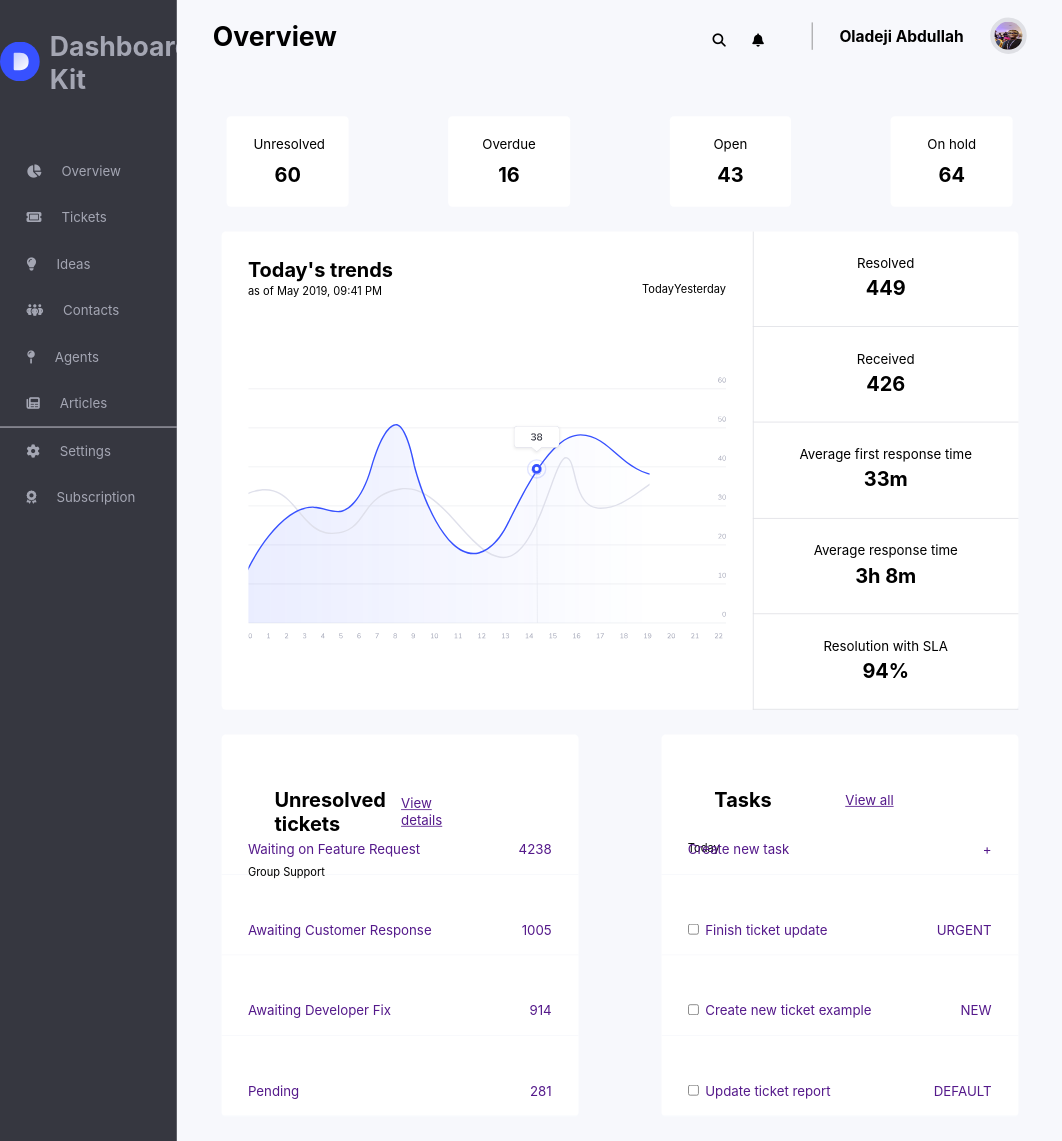
Repository: BuduCE/dashboard
Page: /
The author's editor kept a copy of each file at every save. The page is drawn from the files as they stood at one save, then again after a run of saves.
The browser window is 1280 px wide. The pictures show the whole page, at 83% of full size.
Some web libraries are served in a nearby version. The project was rebuilt for these pictures with package versions that can differ from the ones it lists, and the page was loaded fresh each time. Also part of the build but not shown: src/pages/Tickets/index.jsx.

Above is the page before, as saved 2022-08-06 00:07:55.

### public/index.html
<!DOCTYPE html>
<html lang="en">
  <head>
    <meta charset="utf-8" />
    <link rel="icon" href="%PUBLIC_URL%/favicon.ico" />
    <meta name="viewport" content="width=device-width, initial-scale=1" />
    <meta name="theme-color" content="#000000" />
    <meta
      name="description"
      content="Web site created using create-react-app"
    />
    <link rel="apple-touch-icon" href="%PUBLIC_URL%/logo192.png" />
    <!--
      manifest.json provides metadata used when your web app is installed on a
      user's mobile device or desktop. See https://developers.google.com/web/fundamentals/web-app-manifest/
    -->
    <link rel="manifest" href="%PUBLIC_URL%/manifest.json" />
    <!--
      Notice the use of %PUBLIC_URL% in the tags above.
      It will be replaced with the URL of the `public` folder during the build.
      Only files inside the `public` folder can be referenced from the HTML.

      Unlike "/favicon.ico" or "favicon.ico", "%PUBLIC_URL%/favicon.ico" will
      work correctly both with client-side routing and a non-root public URL.
      Learn how to configure a non-root public URL by running `npm run build`.
    -->

    <!-- Font-Awesome  -->
    <link
      rel="stylesheet" href="https://cdnjs.cloudflare.com/ajax/libs/font-awesome/6.1.1/css/all.min.css" integrity="sha512-KfkfwYDsLkIlwQp6LFnl8zNdLGxu9YAA1QvwINks4PhcElQSvqcyVLLD9aMhXd13uQjoXtEKNosOWaZqXgel0g==" crossorigin="anonymous" referrerpolicy="no-referrer"
    />
    <title>Admin Dashboard</title>
  </head>
  <body>
    <noscript>You need to enable JavaScript to run this app.</noscript>
    <div id="root"></div>
    <!--
      This HTML file is a template.
      If you open it directly in the browser, you will see an empty page.

      You can add webfonts, meta tags, or analytics to this file.
      The build step will place the bundled scripts into the <body> tag.

      To begin the development, run `npm start` or `yarn start`.
      To create a production bundle, use `npm run build` or `yarn build`.
    -->
  </body>
</html>

### src/index.css
* {
  margin: 0;
  padding: 0;
  box-sizing: border-box;
}
body {
  margin: 0;
  font-family: -apple-system, BlinkMacSystemFont, 'Segoe UI', 'Roboto', 'Oxygen',
    'Ubuntu', 'Cantarell', 'Fira Sans', 'Droid Sans', 'Helvetica Neue',
    sans-serif;
  -webkit-font-smoothing: antialiased;
  -moz-osx-font-smoothing: grayscale;
  background: rgba(54, 55, 64, 1);
}

code {
  font-family: source-code-pro, Menlo, Monaco, Consolas, 'Courier New',
    monospace;
}

### src/App.js
import './App.css';
// import Overview from './pages/Overview';
// import Header from './components/common/Header';
import Sidenav from './components/common/SideNav';
// import Login from './pages/Login';

function App() {
  return (
    <div className="App">
      <Sidenav />
      {/* <Login /> */}
    </div>
  );
}

export default App;

### src/components/common/SideNav/index.jsx
import React from 'react'
import Overview from '../../../pages/Overview'
import Tickets from '../../../pages/Tickets'
import Header from '../Header'
import Logo from '../Logo'
import './styles.css'

const Sidenav = () => {
  return (
    <div className='dashboard'>
        <div className="navbar">
            <div className="logo">
                <Logo />
                <h1>Dashboard Kit</h1>
            </div>
            <div className="heading">
                <i className='fas fa-chart-pie'></i>
                <p>Overview</p>
            </div>
            <div className="heading">
                <i className='fas fa-ticket'></i>
                <p>Tickets</p>
            </div>
            <div className="heading">
                <i className='fas fa-lightbulb'></i>
                <p>Ideas</p>
            </div>
            <div className="heading">
                <i className='fas fa-people-group'></i>
                <p>Contacts</p>
            </div>
            <div className="heading">
                <i className='fas fa-map-pin'></i>
                <p>Agents</p>
            </div>
            <div className="heading divider">
                <i className='fas fa-newspaper'></i>
                <p>Articles</p>
            </div>
            <div className="heading">
                <i className='fas fa-gear'></i>
                <p>Settings</p>
            </div>
            <div className="heading">
                <i className='fas fa-award'></i>
                <p>Subscription</p>
            </div>

        </div>
        <div className="info">
            {/* <Header /> */}
            <Overview />
            {/* <Tickets /> */}
        </div>
    </div>
  )
}

export default Sidenav

### src/pages/Overview/index.jsx
import React from 'react'
import './styles.css'
import TrendMap from './graph.svg'
import Header from '../../components/common/Header'

const Overview = () => {
  return (
    <>
        <Header />
        <div className='overview_pg'>
            {/* Specific status */}
            <div className="overview_stat">
                <div className="overview_info">
                    <p>Unresolved</p>
                    <h2>60</h2>
                </div>
                <div className="overview_info">
                    <p>Overdue</p>
                    <h2>16</h2>
                </div>
                <div className="overview_info">
                    <p>Open</p>
                    <h2>43</h2>
                </div>
                <div className="overview_info">
                    <p>On hold</p>
                    <h2>64</h2>
                </div>
            </div>

            {/* Today's trend */}
            <div className="trends">
                <div className="trends_head">
                    <div className="trends_headT">
                        <div className="trend_title">
                            <h2>Today's trends</h2>
                        </div>
                        <div className="trend_title_stat">
                            <div className="trend_date">
                                <small>as of May 2019, 09:41 PM</small>
                            </div>
                            <div className="trend_day">
                                <small>Today</small>
                                <small>Yesterday</small>
                            </div>
                        </div>
                    </div>

                    <div className="trends_headB">
                        <img src={TrendMap} alt="Trend Chart" />
                    </div>
                </div>

                <div className="trends_summary">
                    <div className="summary_type">
                        <p>Resolved</p>
                        <h2>449</h2>
                    </div>
                    <div className="summary_type">
                        <p>Received</p>
                        <h2>426</h2>
                    </div>
                    <div className="summary_type">
                        <p>Average first response time</p>
                        <h2>33m</h2>
                    </div>
                    <div className="summary_type">
                        <p>Average response time</p>
                        <h2>3h 8m</h2>
                    </div>
                    <div className="summary_type">
                        <p>Resolution with SLA</p>
                        <h2>94%</h2>
                    </div>
                </div>
            </div>

            <div className="ticket_n_task">
                <div className="ticket">
                    <div className="ticket_head">
                        <div className="ticket_title">
                            <h2>Unresolved tickets</h2>
                            <a href="">View details</a>
                        </div>
                        <small>Group Support</small>
                    </div>
                    <div className="ticket_list">
                        <a href="">
                            <p>Waiting on Feature Request</p>
                            <p>4238</p>
                        </a>
                        <a href="">
                            <p>Awaiting Customer Response</p>
                            <p>1005</p>
                        </a>
                        <a href="">
                            <p>Awaiting Developer Fix</p>
                            <p>914</p>
                        </a>
                        <a href="">
                            <p>Pending</p>
                            <p>281</p>
                        </a>
                    </div>
                </div>

                <div className="task">
                    <div className="ticket_head">
                        <div className="ticket_title">
                            <h2>Tasks</h2>
                            <a href="">View all</a>
                        </div>
                        <small>Today</small>
                    </div>

                    <div className="ticket_list">
                        <a href="">
                            <p>Create new task</p>
                            <p>+</p>
                        </a>
                        <a href="">
                            <div className='task_todo'>
                                <input type="checkbox" name="" id="" />
                                <label htmlFor="">Finish ticket update</label>
                            </div>

                            <p>URGENT</p>
                        </a>
                        <a href="">
                            <div className='task_todo'>
                                <input type="checkbox" name="" id="" />
                                <label htmlFor="">Create new ticket example</label>
                            </div>

                            <p>NEW</p>
                        </a>
                        <a href="">
                            <div className='task_todo'>
                                <input type="checkbox" name="" id="check" />
                                <label htmlFor="">Update ticket report</label>
                            </div>

                            <p>DEFAULT</p>
                        </a>
                    </div>
                </div>
            </div>
        </div>
    </>
  )
}

export default Overview

### src/components/common/Header/index.jsx
import React from 'react'
import './styles.css'
import budu from './budu.jpg'

const Header = () => {
  return (
    <div className='head_er'>
        <div className="headerL">
            <h1>Overview</h1>
        </div>
        <div className="headerR">
            <i className='fas fa-magnifying-glass icon'></i>
            <i className='fas fa-bell icon bell'></i>
            <h3>Oladeji Abdullah</h3>
            <img src={budu} alt="" />
        </div>
    </div>
  )
}

export default Header

### src/components/common/Logo/index.jsx
import React from 'react'
import companyLogo from './logo.svg'

const Logo = () => {
  return (
    <div>
        <img src={companyLogo} alt="" />
    </div>
  )
}

export default Logo

### src/components/common/SideNav/styles.css
.dashboard{
    display: grid;
    grid-template-columns: 1fr 5fr;
}
.navbar{
    padding: 37px 0;
    color: #A4A6B3;
}
.logo{
    display: flex;
    /* padding: 0 20px; */
    padding-bottom: 63px;
    padding-top: 0;
    align-items: center;
}
.logo h1{
    margin-left: 12px;
    width: 8.5rem;
}
.heading{
    width: 100%;
    display: flex;
    padding: 18px 32px;
    align-items: center;
}
.heading p{
    margin-left: 24px;
}
.heading:hover{
    border-left: 1px solid #DDE2FF;
    color: #DDE2FF;
}
.info{
    background: #F7F8FC;
    /* height: 100vh; */
}
.divider{
    border-bottom: 1px solid #DFE0EB;
}

### src/pages/Overview/styles.css
.overview_pg{
    margin-top: 54px;
}
.overview_stat{
    display: grid;
    grid-template-columns: 1fr 1fr 1fr 1fr;
    /* justify-content: space-evenly; */
    width: 100%;
}
.overview_info{
    display: flex;
    flex-direction: column;
    text-align: center;
    /* border: 1px solid; */
    border-radius: 5px;
    padding: 24px 32px;
    background: #fff;
    box-shadow: 15px;
    width: 55%;
    margin: auto;
}
.overview_info:hover{
    color: blue;
    border: 1px blue solid;
}
.overview_info p{
    padding-bottom: 12px;
}

/* trend  */
.trends{
    width: 90%;
    background: #fff;
    margin: auto;
    border-radius: 5px;
    height: 80vh;
    margin-top: 30px;
    display: grid;
    grid-template-columns: 2fr 1fr;
    margin-top: 30px;
}
.trends_head{
    padding: 32px;
}
.trend_title_stat{
    display: flex;
    justify-content: space-between;
}
.trend_day{
    display: flex;
    justify-content: space-evenly;
}
.trends_headB img{
    width: 100%;
    margin-top: 54px;
    height: 55vh;
}

/* summary  */
.trends_summary{
    display: grid;
    grid-template-rows: 1fr 1fr 1fr 1fr 1fr;
}
.summary_type{
    padding: 28px;
    border-left: 1px solid #dfe0e5;
    border-bottom: 1px solid #dfe0e5;
    text-align: center;
}
.summary_type p{
    margin-bottom: 6px;
}

/* Tickets */
.ticket_n_task{
    display: grid;
    grid-template-columns: 1fr 1fr;
    width: 90%;
    margin: auto;
    margin-top: 30px;
    margin-bottom: 30px;
}
.ticket{
    margin-right: 50px;
}
.task{
    margin-left: 50px;
}
.ticket,.task{
    border-radius: 5px;
    background: #fff;
}
.ticket_head{
    padding: 32px;
    margin-bottom: 8px;
    width: 80%;
    height: 10vh;
}
.ticket_title{
    display: flex;
    justify-content: space-between;
    align-items: center;
}
.ticket_list a{
    text-decoration: none;
    display: flex;
    justify-content: space-between;
    align-items: center;
    padding: 20px 32px;
    border-bottom: 1px solid #F7F8FC;
    margin-top: 36px;
    align-items: center;
}
.task_todo{
    align-items: center;
}
.task_todo label{
    margin-left: 8px;
}

### src/pages/Tickets/styles.css
.ticket_pg{
    background: #fff;
    border-radius: 5px;
    height: 96vh;
    width: 95%;
    margin: auto;
    margin-top: 54px;
}
.ticket_title{
    display: flex;
    justify-content: space-between;
    padding: 32px;
}
.titleR, .titleR_icon{
    display: flex;
    justify-content: space-between;
    align-items: center;
    margin-left: 32px;
}
.titleR_icon p{
    margin-left: 8px;
}
/* .tab_head{
    display: grid;
    grid-template-columns: 3fr 2fr 2fr 1fr;
    margin: auto;
    padding: 0 77px 12px 31px;
    border-bottom: 1px solid #dfe0e5;
} */
.tab_info{
    display: grid;
    grid-template-columns: 3fr 2fr 2fr 1fr;
    margin: auto;
    padding: 24px 31px;
    border-bottom: 1px solid #dfe0e5;
}
.tab_info:hover{
    background: #F7F8FC;
}
.info_title{
    display: grid;
    grid-template-columns: 1fr 7fr;
}
.info_title img{
    width: 44px;
    height: 44px;
    border: 5px solid #dfe0e5;
    border-radius: 50%;
}
.ticket_tab{
    margin: auto;
}
.info_status{
    display: flex;
    /* grid-template-columns: 1fr 1fr; */
    justify-content: space-between;
    align-items: center;
}
.info_status button{
    padding: 5px 20px;
    border-radius: 40%;
    background: red;
    color: #fff;
    border: none;
}

### src/components/common/Header/styles.css
.head_er{
    display: flex;
    justify-content: space-between;
    width: 100%;
    height: 10vh;
    padding: 43px 43px;
    align-items: center;
}
.headerR{
    display: flex;
    justify-content: space-between;
    align-items: center;
}
.icon{
    width: 16px;
    height: 16px;
    padding: 5px 24px;
}
.bell{
    padding-right: 72px;
}
.headerR h3{
    padding: 5px 32px;
    border-left: 1px solid grey;
}
.headerR img{
    width: 44px;
    height: 44px;
    border-radius: 50%;
    border: 5px solid #dfe0e5;
}

Loaded but not shown: src/index.js (common file); src/reportWebVitals.js (common file); src/App.css (common file)

After the next 2 saves:
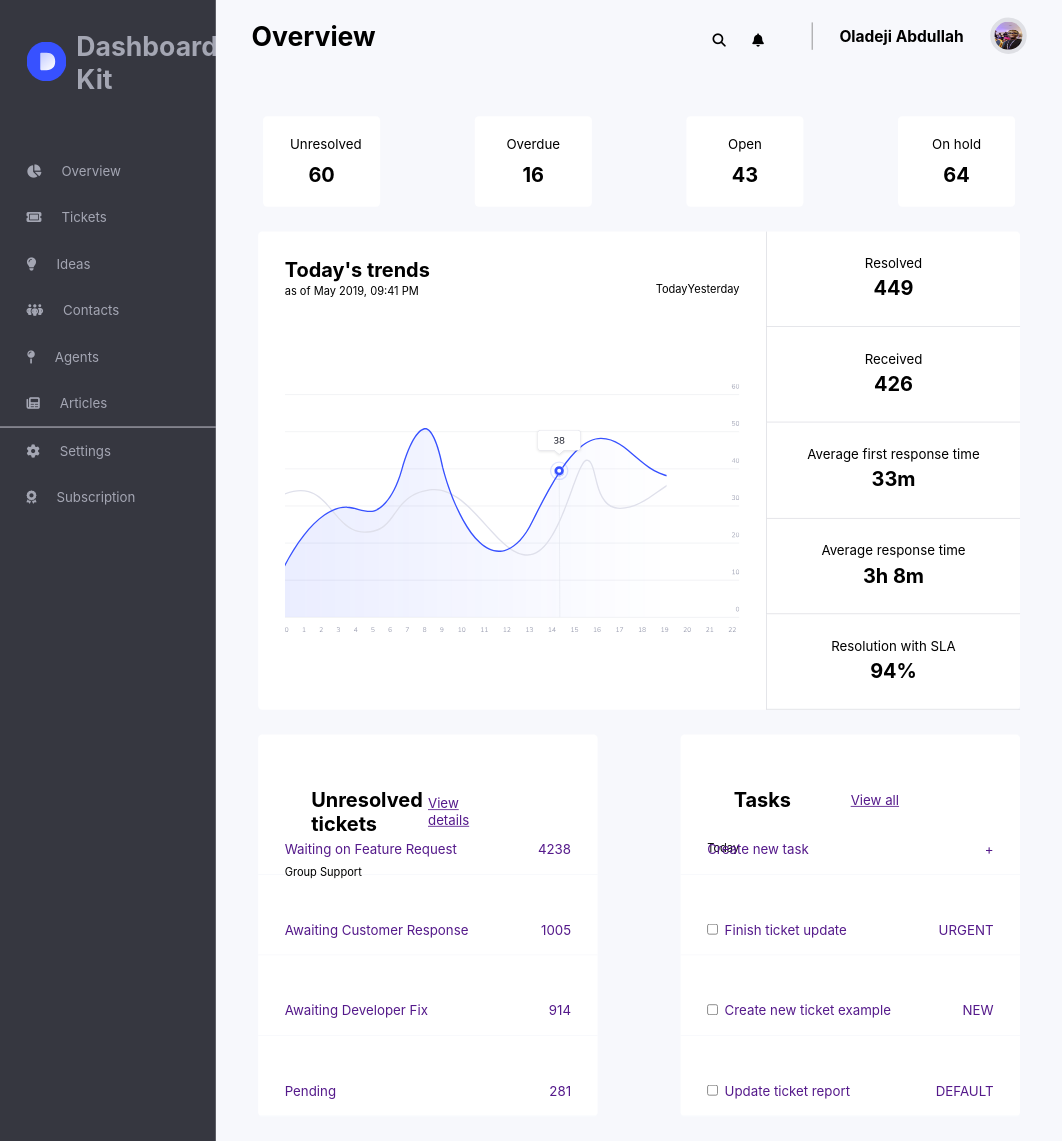
The 2 saves are shown as one change because they came seconds apart.
The last was saved 8 s later.
--- a/src/components/common/SideNav/styles.css
+++ b/src/components/common/SideNav/styles.css
@@ -8,7 +8,7 @@
 }
 .logo{
     display: flex;
-    /* padding: 0 20px; */
+    padding: 0 32px;
     padding-bottom: 63px;
     padding-top: 0;
     align-items: center;
